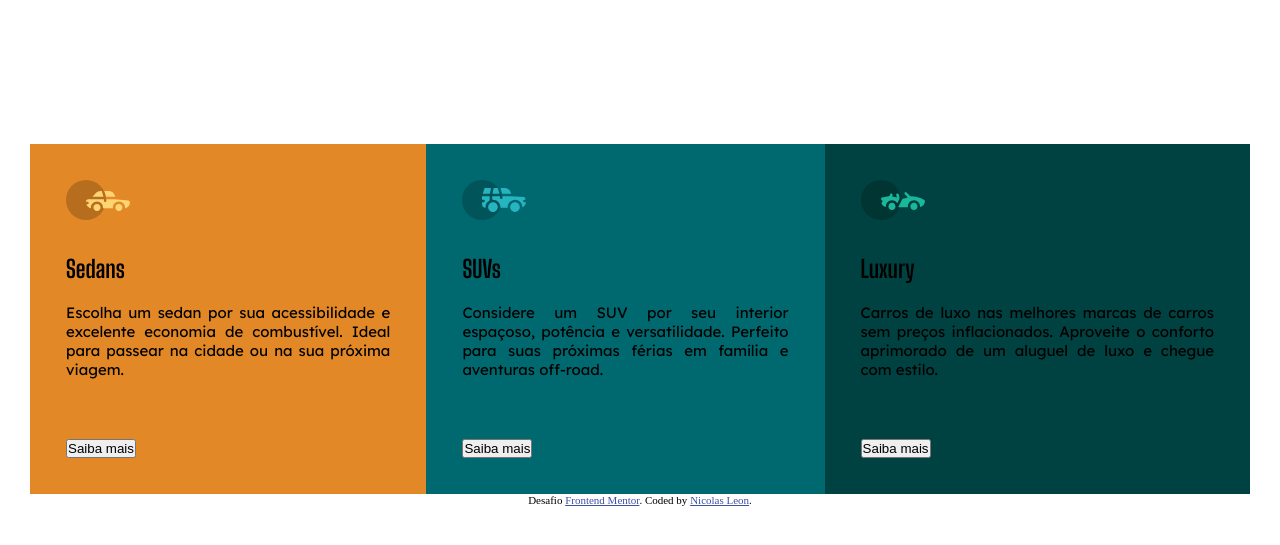
Repository: Leonngc/Car-cards
Page: index.html
An editor plug-in stored every save of this project. The page is shown before and after the next save, followed by the edit.
The browser window is 1280 px wide. The pictures show the whole page.

Above is the page before, as saved 2023-01-17 12:30:27.

After the next save:
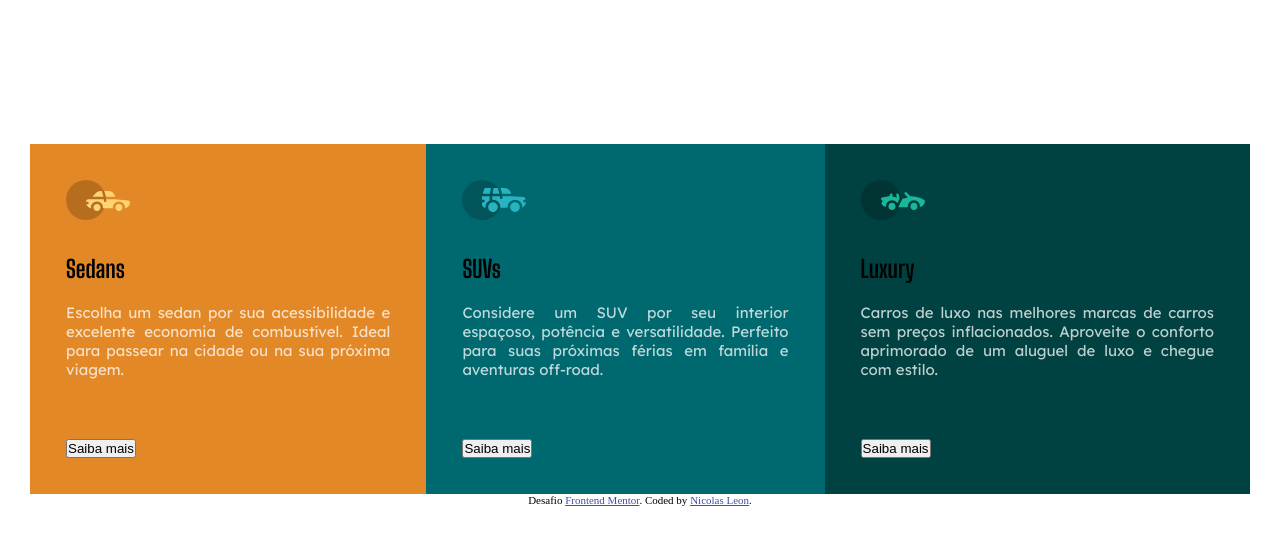
Saved 6 s later.
--- a/styles/style.css
+++ b/styles/style.css
@@ -32,7 +32,7 @@
     margin-bottom: 60px;
     text-align: justify;
     font-size: 15px;
-    colo
+    color: hsla(0, 0%, 100%, 0.75);
 }
 .card > h2{
     font-family: var(--font-title);
